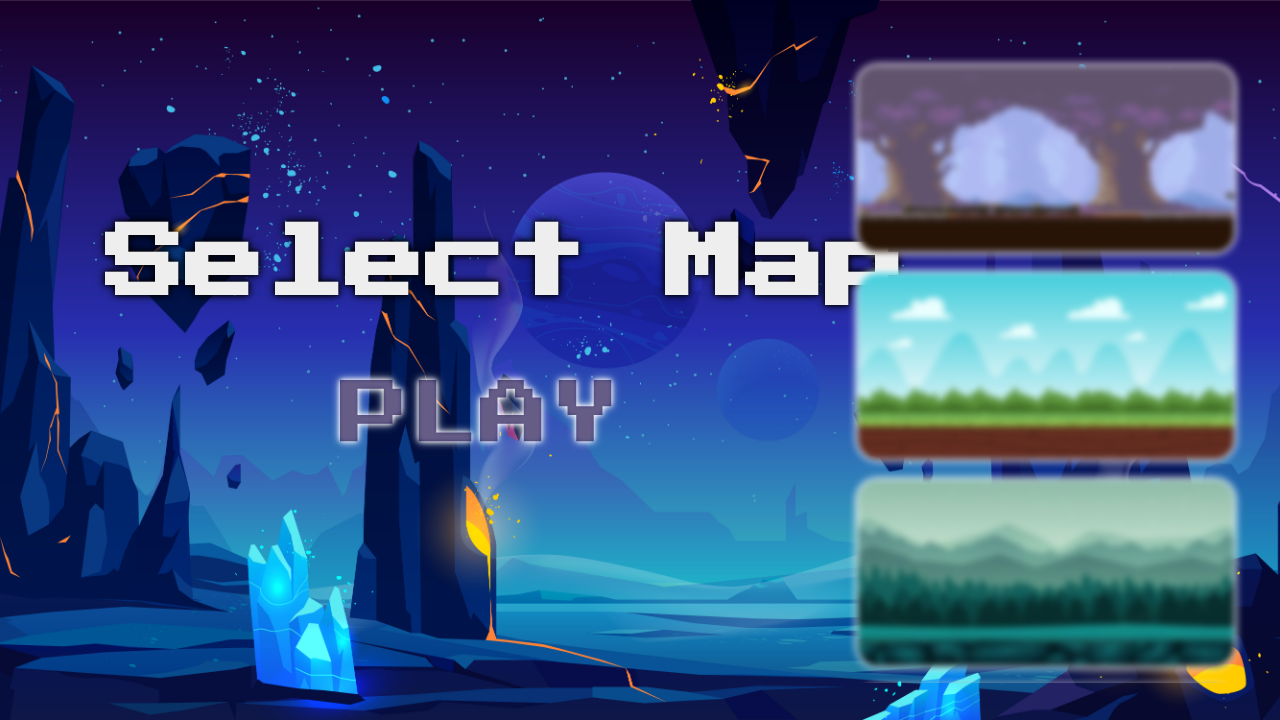
Repository: Gaurav31052/Fighting-game
Page: home.html
An editor plug-in stored every save of this project. The page is shown before and after the next save, followed by the edit.
The browser window is 1280 px wide. The pictures show the whole page.
An inner scrolling area shows only its first screen.

Above is the page before, as saved 2024-06-06 23:48:25.

### home.html
<!DOCTYPE html>
<html lang="en">

<head>
    <meta charset="UTF-8">
    <meta name="viewport" content="width=device-width, initial-scale=1.0">
    <title>Document</title>
    <link href="https://fonts.googleapis.com/css2?family=Press+Start+2P&display=swap" rel="stylesheet">
    <link rel="stylesheet" href="style.css">
</head>

<body>


    <!-- carousel -->
    <div class="carousel">
        <!-- list item -->
        <div class="list">
            <div class="item">

                <div class="MapName">
                   <h1 id="name">Select Map</h1>
                </div>

                <img id="mainbox" src="img/home.jpg" alt="">

                <button id="btn"><a href='game.html'>PLAY</a></button>
            </div>

        </div>


        <!-- list thumnail -->
        <div class="thumbnail" id="about">

            <div class="item" id="bg1"><img class="myimg" src="./img/background1.jpg" alt=""></div>
            <div class="item" id="bg2"><img class="myimg" src="./img/background2.jpg" alt=""></div>
            <div class="item" id="bg3"><img class="myimg" src="./img/background3.jpg" alt=""></div>
            <div class="item" id="bg4"><img class="myimg" src="./img/background4.jpg" alt=""></div>
            <div class="item" id="bg5"><img class="myimg" src="./img/background5.jpg" alt=""></div>
            <div class="item" id="bg6"><img class="myimg" src="./img/background6.jpg" alt=""></div>
            <!-- <div class="item"><img src="img/background.jpg" alt=""></div>
                <div class="item"><img src="img/background.jpg" alt=""></div>
                <div class="item"><img src="img/background.jpg" alt=""></div>
                <div class="item"><img src="img/background.jpg" alt=""></div>
                <div class="item"><img src="img/background.jpg" alt=""></div> -->

        </div>


    </div>

    <script src="home.js"></script>

</body>

</html>

### style.css

body {
    margin: 0;
    background-color: #000;
    color: #eee;
    font-family: Poppins;
    font-size: 12px;
    overflow: hidden;
}

a {
    text-decoration: none;
    color: #0e0144a2;
}

/* carousel */
.carousel {
    height: 100vh;
    width: 100vw;
    overflow: hidden;
    position: relative;
}

.carousel .list .item {
    width: 100%;
    height: 100%;
    position: absolute;
    inset: 0 0 0 0;

}

.carousel .list .item img {
    width: 100%;
    height: 100%;
    object-fit: cover;

}

.carousel .list .item button {

    position: absolute;
    top: 50%;
    left: 25%;
    font-size: 70px;
    font-family: "Press Start 2P", system-ui;
    text-align: center;
    /* padding-top: 100px; */
    text-shadow: 0 0 10px #fffdfd, 0 0 5px #ffffff;
   padding: 20px;
    background: transparent;
    border: none;
}
#btn{


}
#btn:hover{
    border: 4px solid black;
    border-radius: 50px;
    background-color: white;

}

.MapName {
    /* background: red; */
    position: absolute;
    height: 130px;
    width: 830px;
    top: 200px;
    left: 90px;
    display: flex;
    justify-content: space-around;
    align-items: center;
    font-family: "Press Start 2P", system-ui;
    text-shadow: 0 0 10px #000000, 0 0 5px #000000;
}
.MapName>h1{
    font-size: 80px;
}



/* thumbail */
.thumbnail {
    position: absolute;
    top: 6%;
    left: 65%;
    width: max-content;
    z-index: 100;
    gap: 15px;
    width: 460px;
    height: 615px;
    overflow: scroll;
    padding: 5px;
    padding-top: 20px;

    scroll-behavior: initial;
    display: flex;
    flex-direction: column;
    align-items: center;

}

.thumbnail .item {
    width: fit-content;
    flex-shrink: 0;
    position: relative;
    list-style-type: none;
    padding: 3px;
}

#about {
    scrollbar-width: none;
}

.thumbnail .item img {
    width: 90%;
    height: 100%;
    object-fit: cover;
    border-radius: 20px;
    box-shadow: 0 0 5px #fff, 0 0 5px #fff, 0 0 5px #fff, 0 0 5px #fff;
}

.myimg {
    filter: blur(3px);
}

.myimg:hover {
    filter: none;
    scale: 1.1;
    transition: 0.5s ease-in;
}

#leftimg {
    scale: 4;
}

#rightimg {
    scale: 3;
}

### home.js
let userchoice;

const setmap = document.getElementById("mainbox");
const choices = document.querySelectorAll(".myimg");
choices.forEach((e) => {
    e.addEventListener("click", () => {
        userchoice = e.getAttribute("src");
        setmap.src = userchoice;
        localStorage.setItem(1,userchoice);
        console.log(userchoice);
        if(userchoice === "./img/background1.jpg"){
            document.getElementById('name').innerHTML = "Bloom";
        }
        else if(userchoice === "./img/background2.jpg"){
            document.getElementById('name').innerHTML = "Skyris";
        }
        else if(userchoice === "./img/background3.jpg"){
            document.getElementById('name').innerHTML = "Night Hawl";
        }
        else if(userchoice === "./img/background4.jpg"){
            document.getElementById('name').innerHTML = "Caves";
        }
        else if(userchoice === "./img/background5.jpg"){
            document.getElementById('name').innerHTML = "Bind";
        }
        else if(userchoice === "./img/background6.jpg"){
            document.getElementById('name').innerHTML = "Forest";
        }
    })
});

var home_music =new Audio("./audio/background sound.mp3");
home_music.play();
home_music.loop=true;
home_music.volume=0.1;

After the next save:
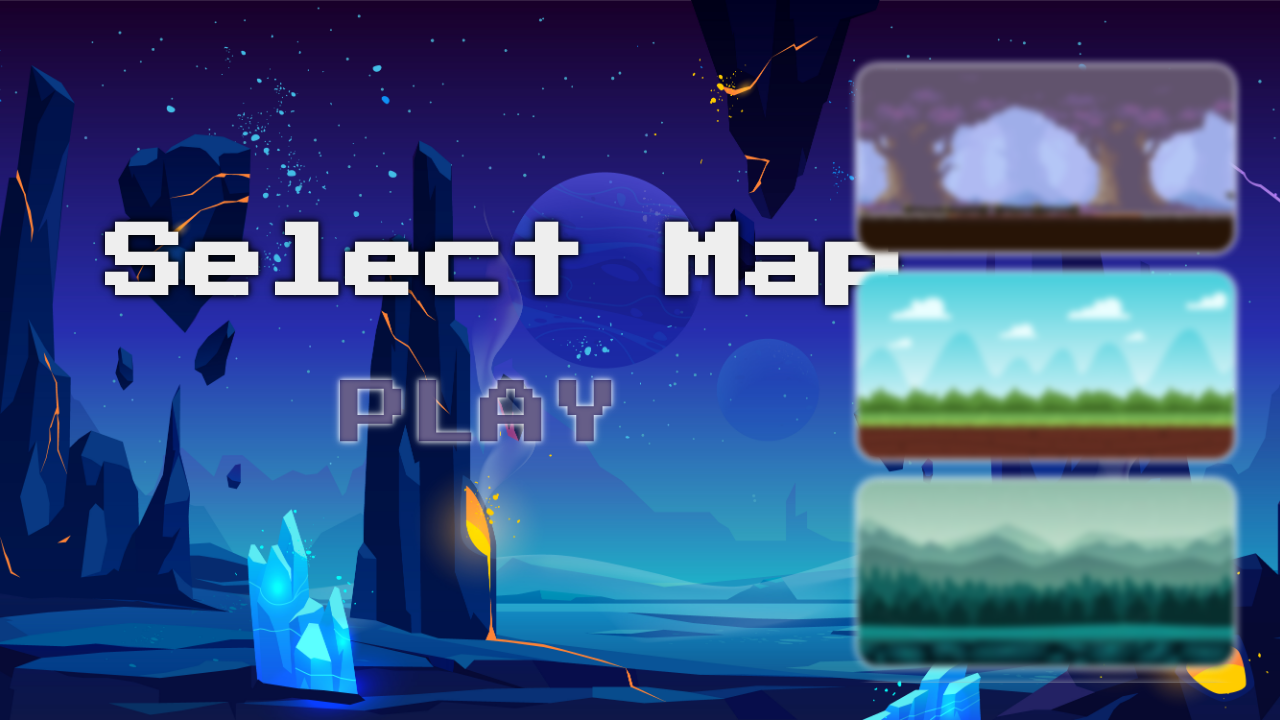
Saved 16 s later.
--- a/style.css
+++ b/style.css
@@ -45,7 +45,7 @@ a {
     font-family: "Press Start 2P", system-ui;
     text-align: center;
     /* padding-top: 100px; */
-    text-shadow: 0 0 10px #fffdfd, 0 0 5px #ffffff;
+    text-shadow: 0 0 10px #fffdfd91, 0 0 5px #ffffff;
    padding: 20px;
     background: transparent;
     border: none;
